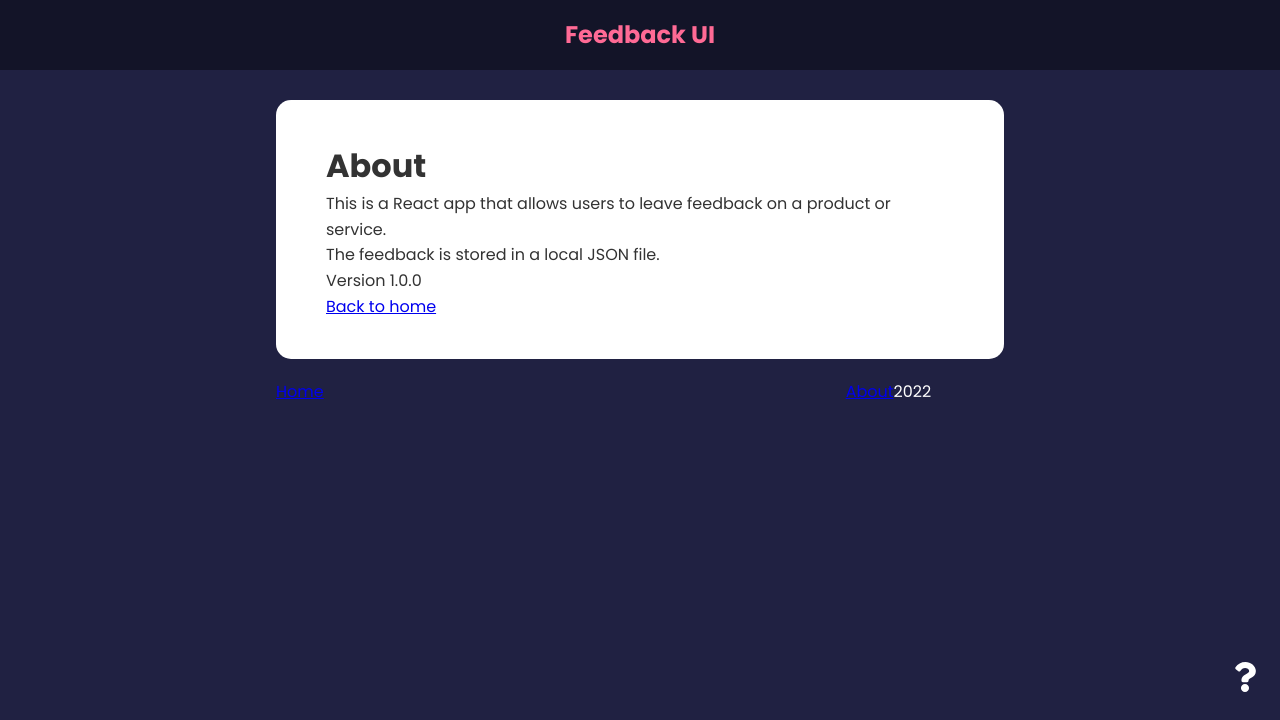
Repository: bayorwor/feedbackapp
Page: /about
The author's editor kept a copy of each file at every save. The page is drawn from the files as they stood at one save, then again after the next save.
The browser window is 1280 px wide. The pictures show the whole page.
The project was rebuilt for these pictures with package versions that can differ from the ones it lists, and the page was loaded fresh each time. Also part of the build but not shown: src/components/FeedbaackItem.jsx, src/components/FeedbackList.jsx, src/components/FeedbackStats.jsx, src/components/shared/Button.js, src/components/RatingSelect.jsx, src/components/FeedbackForm.jsx.

Above is the page before, as saved 2022-01-31 07:44:12.

After the next save:
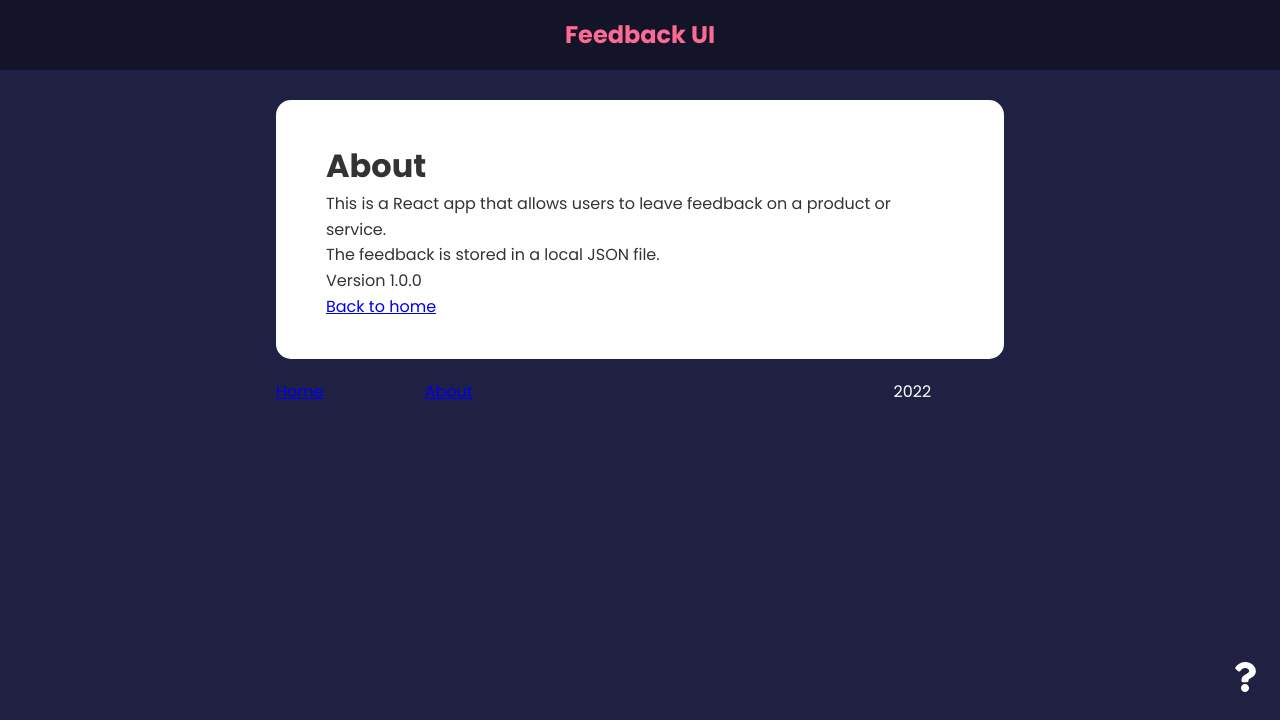
Saved 9 s later.
--- a/src/index.css
+++ b/src/index.css
@@ -239,5 +239,5 @@ input:focus {
 .footer-container {
   display: flex;
   justify-content: space-between;
-  width: 100%;
-}
+  width: 30%;
+}
